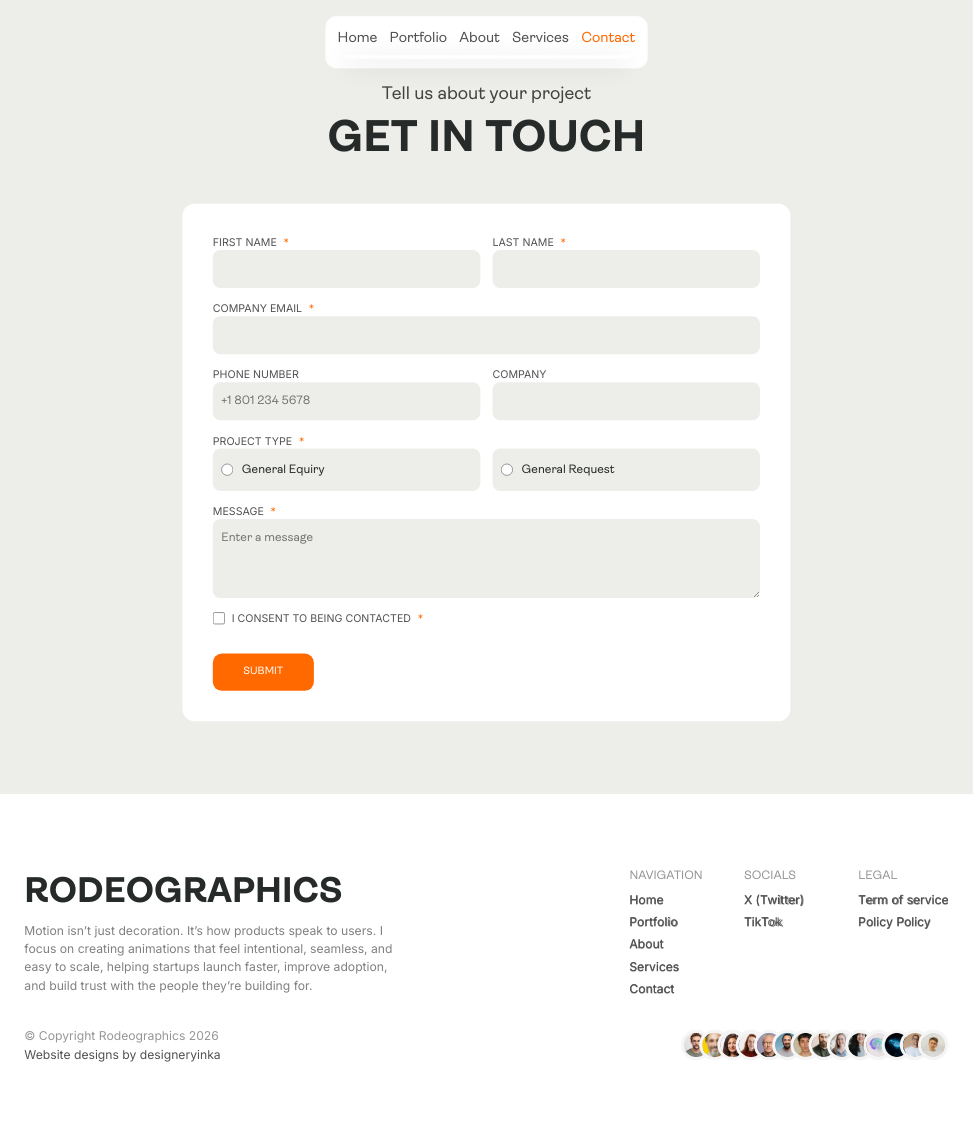
Repository: Ajeyinka/RodeoGraphics
Page: contact.html
These files come from the project's save history. The page is drawn as it stood at one moment and after the next save; the edit follows.
The browser window is 1280 px wide. The pictures show the whole page, at 76% of full size.

Above is the page before, as saved 2026-02-21 22:59:20.
Console error: ReferenceError: gsap is not defined

After the next save:
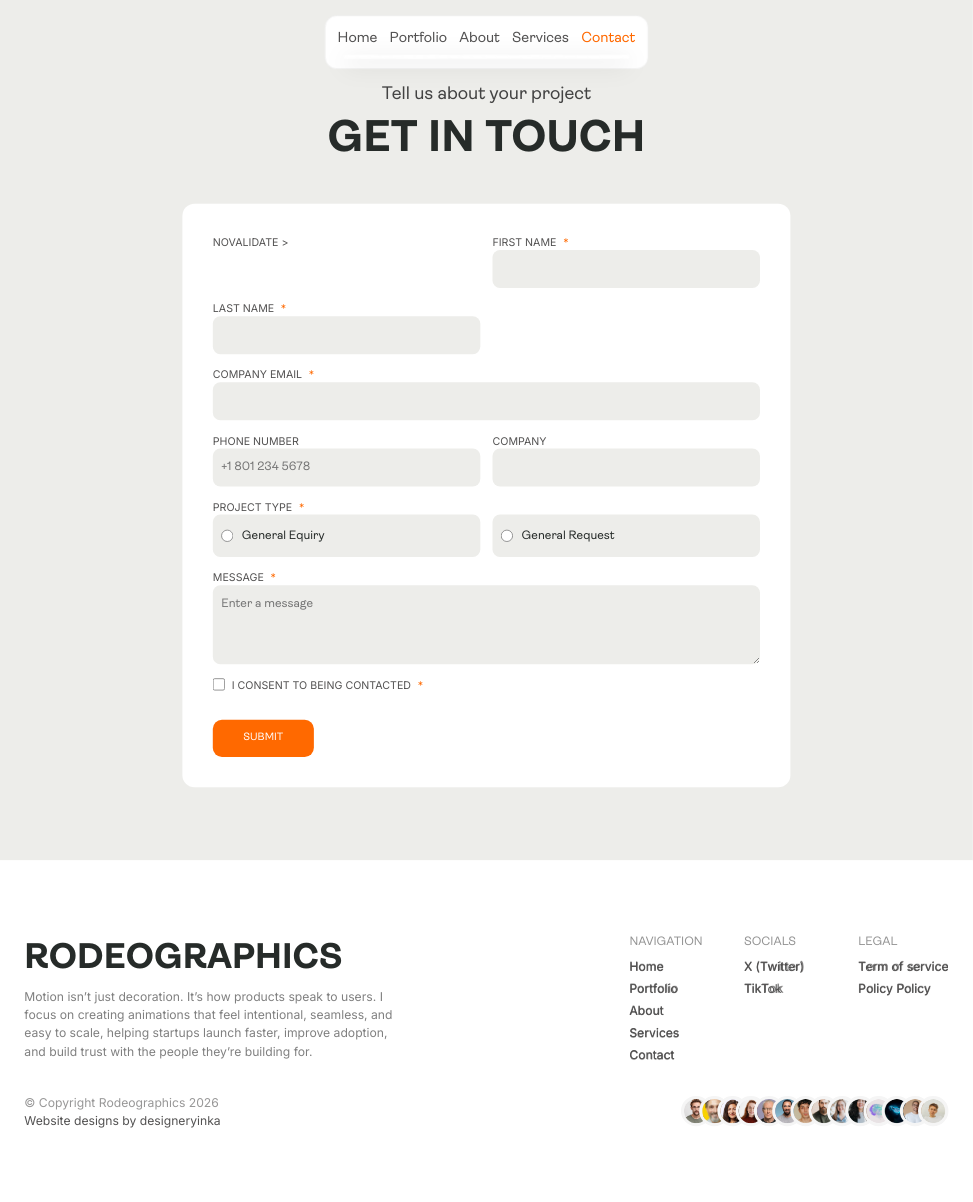
Saved 26 s later.
--- a/contact.html
+++ b/contact.html
@@ -82,10 +82,12 @@
             </div>
             <div class="form-block">
               <form
+                <!--
                 action="https://formspree.io/f/xzdapnao"
                 method="POST"
-                novalidate
+                --
               >
+                novalidate >
                 <div class="form-group">
                   <label for="fname">First Name</label>
                   <input
